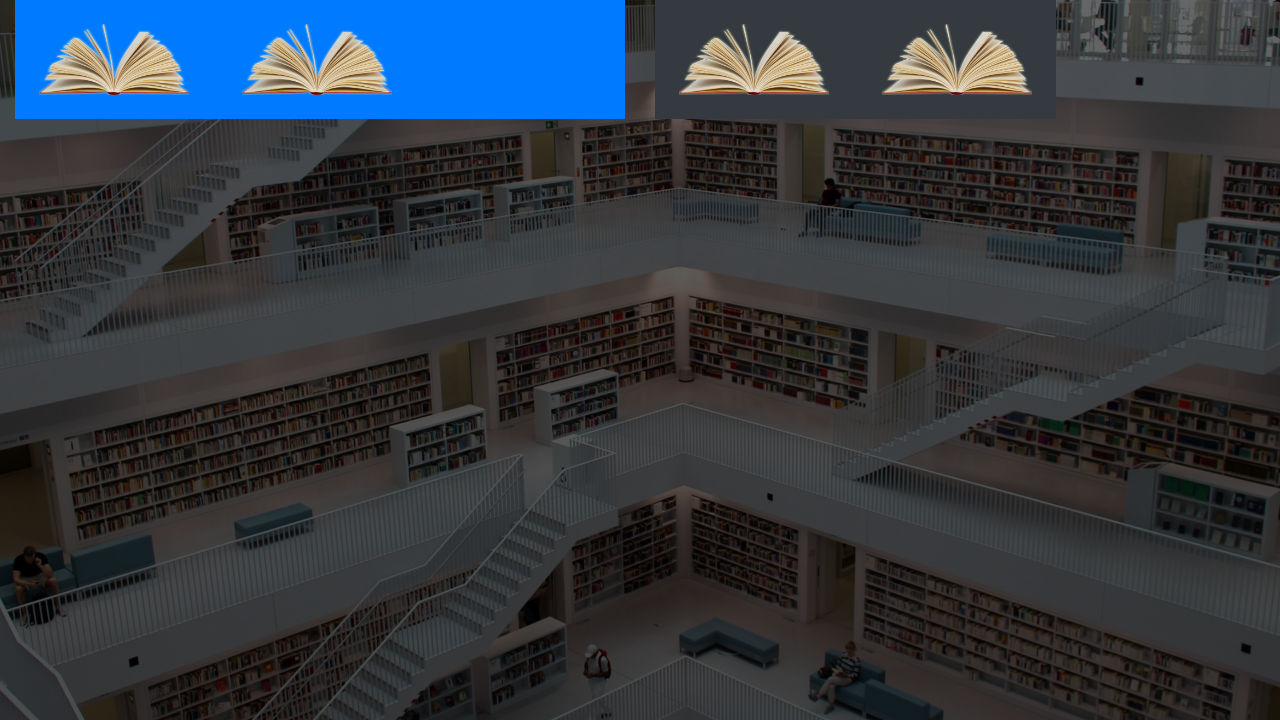
Repository: imedakrouti/BookStore
Page: index.html
These files come from the project's save history. The page is drawn as it stood at one moment and after the next save; the edit follows.
The browser window is 1280 px wide. The pictures show the whole page.
Some web libraries are served in a nearby version.

Above is the page before, as saved 2020-05-05 17:32:57.

After the next save:
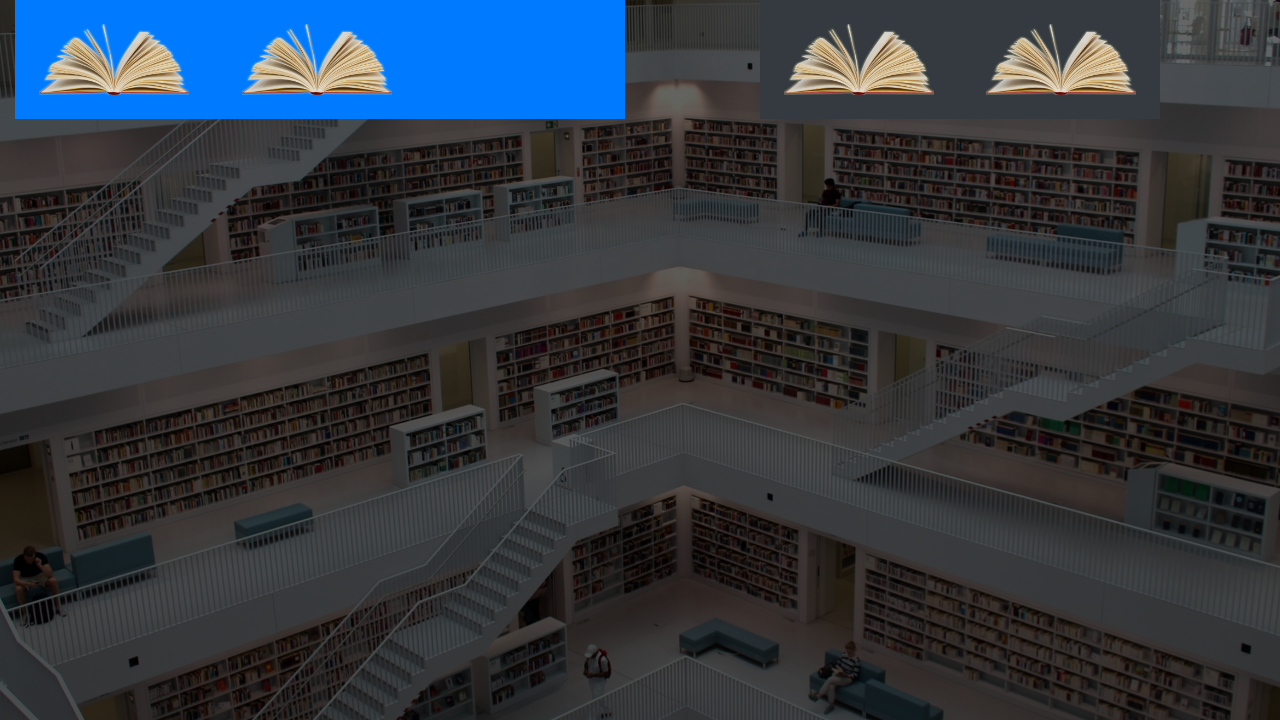
Saved 34 s later.
--- a/index.html
+++ b/index.html
@@ -32,7 +32,7 @@
 
                     </div>
                </div>
-                    <div class="container d-flex">
+                    <div class="container d-flex justify-content-center">
 
                     <div class="a bg-dark">
                        <a href=""><img src="images/img/book.png"width="150px" class="img-fluid m-4" alt=""></a>

After the 4 saves that followed:
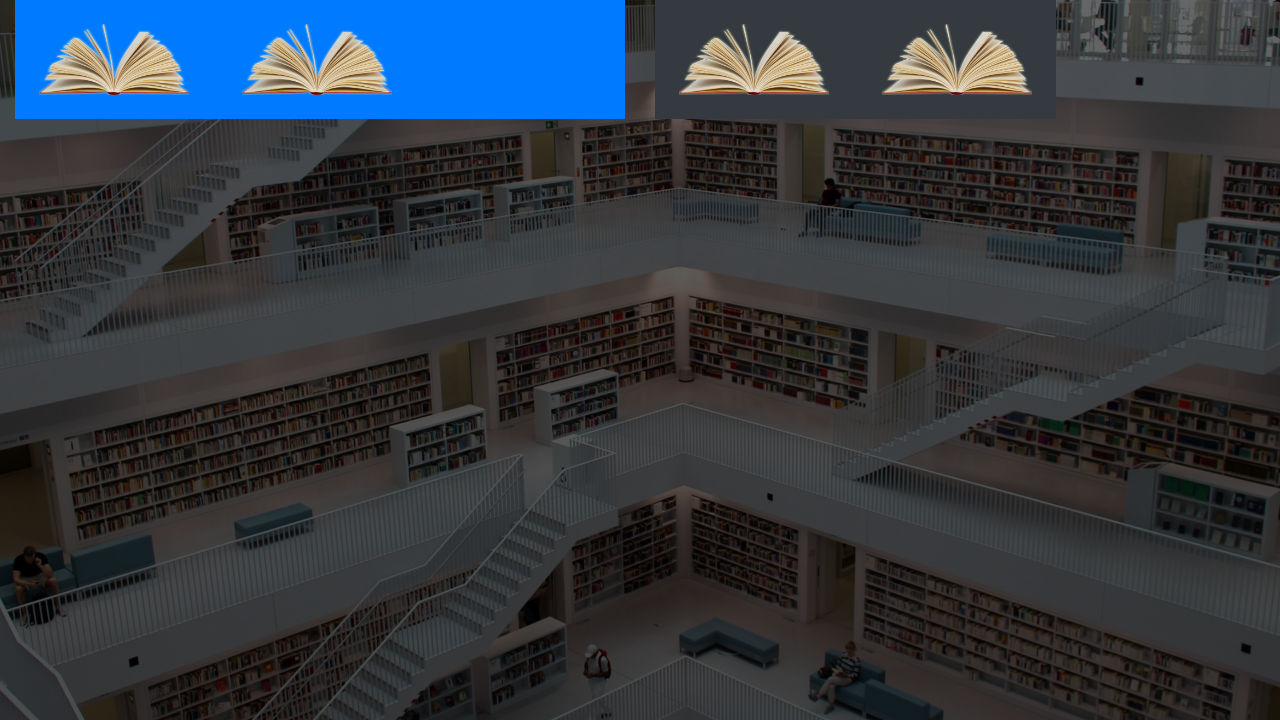
The 4 saves are shown as one change because 2 left the picture as it was and some came seconds apart.
The last was saved 34 s later.
--- a/index.html
+++ b/index.html
@@ -32,7 +32,7 @@
 
                     </div>
                </div>
-                    <div class="container d-flex justify-content-center">
+                    <div class="container d-flex juscc">
 
                     <div class="a bg-dark">
                        <a href=""><img src="images/img/book.png"width="150px" class="img-fluid m-4" alt=""></a>
